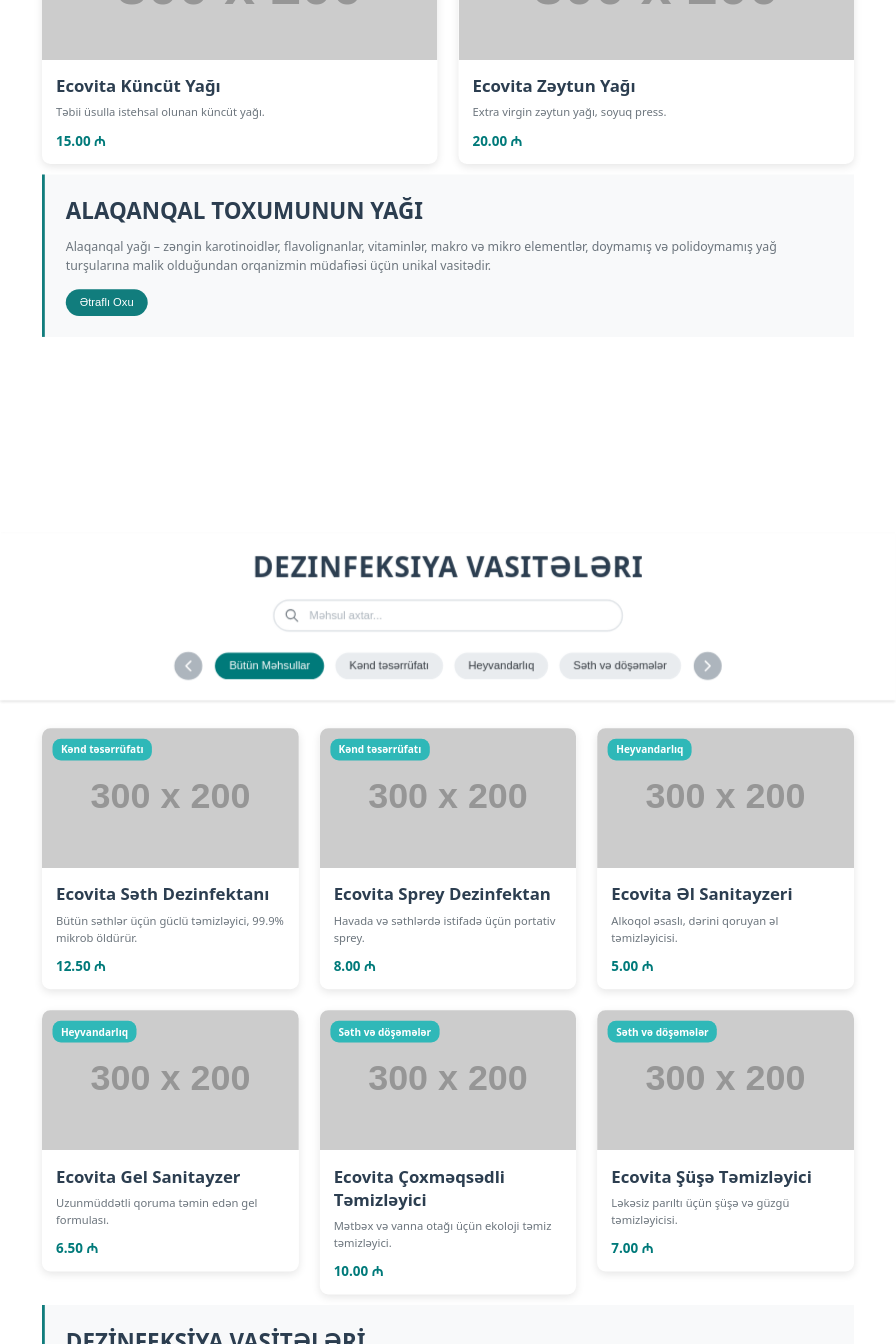
Repository: ferhadsultan98/ecovita
Page: /
An editor plug-in stored every save of this project. The page is shown before and after the next save, followed by the edit.
The browser window is 1280 px wide. The pictures show the part of the page from y = 2105 to 4025 px (the page is 4783 px tall before and 4823 px after), at 70% of full size.
The project was rebuilt for these pictures with package versions that can differ from the ones it lists, and the page was loaded fresh each time. Also part of the build but not shown: vite.config.js.

Above is the page before, as saved 2025-05-06 14:39:56.

### index.html
<!doctype html>
<html lang="en">
  <head>
    <meta charset="UTF-8" />
    <meta name="viewport" content="width=device-width, initial-scale=1.0" />
    <link rel="shortcut icon" href="./public/assets/Fotolar/Ecovita-12.png" type="image/x-icon">
    <title>Ecovita - Təbiətdən gələn sağlamlıq</title>
  </head>
  <body>
    <div id="root"></div>
    <script type="module" src="/src/main.jsx"></script>
  </body>
</html>

### src/App.jsx
import React from "react";
import "./App.scss";
import MainLayout from "./Components/Common/MainLayout";
import Home from "./Pages/Home/Home";
import MenuSection from "./Pages/MenuSection/MenuSection";

function App() {
  return (
    <div className="app-container">
      <MainLayout>
        <Home />
        <MenuSection />
      </MainLayout>
    </div>
  );
}

export default App;

### src/App.scss
* {
  margin: 0;
  padding: 0;
  box-sizing: border-box;
}

body {
  font-family: system-ui, -apple-system, BlinkMacSystemFont, "Segoe UI", Roboto,
    Oxygen, Ubuntu, Cantarell, "Open Sans", "Helvetica Neue", sans-serif;
}

### src/Components/Common/MainLayout.jsx
import React from 'react';
import Header from './Header/Header';
import Footer from './Footer/Footer';

const MainLayout = ({ children }) => {
  return (
    <>
      <Header />
      {children}
      <Footer />
    </>
  );
};

export default MainLayout;

### src/Components/Common/Header/Header.jsx
import { useState, useEffect, useRef } from "react";
import "./Header.scss";
import { motion, AnimatePresence } from "framer-motion";
import { FaSyringe, FaChevronDown } from "react-icons/fa";
import EcovitaLogo from '../../../../public/assets/Fotolar/logo.png';

const Header = () => {
  const [scrolled, setScrolled] = useState(false);
  const [isDropdownOpen, setIsDropdownOpen] = useState(false);
  const dropdownRef = useRef(null);

  useEffect(() => {
    const handleScroll = () => {
      setScrolled(window.scrollY > 20);
    };

    window.addEventListener("scroll", handleScroll);
    return () => window.removeEventListener("scroll", handleScroll);
  }, []);

  useEffect(() => {
    const handleClickOutside = (event) => {
      if (dropdownRef.current && !dropdownRef.current.contains(event.target)) {
        setIsDropdownOpen(false);
      }
    };

    document.addEventListener("mousedown", handleClickOutside);
    return () => document.removeEventListener("mousedown", handleClickOutside);
  }, []);

  const scrollToTop = () => {
    window.scrollTo({ top: 0, behavior: "smooth" });
  };

  const scrollToSection = (sectionId) => {
    const section = document.getElementById(sectionId);
    if (section) {
      section.scrollIntoView({ behavior: "smooth", block: "start" });
      setIsDropdownOpen(false);
    }
  };

  const dropdownVariants = {
    hidden: { opacity: 0, y: -10, scale: 0.95 },
    visible: { opacity: 1, y: 0, scale: 1 },
    exit: { opacity: 0, y: -10, scale: 0.95 }
  };

  return (
    <header className={`header ${scrolled ? "scrolled" : ""}`}>
      <div className="header-container">
        <a onClick={scrollToTop} className="logo">
          <img src={EcovitaLogo} alt="Ecovita_logo" />
        </a>
        <div className="products-dropdown" ref={dropdownRef}>
          <button
            className="products-button"
            onMouseEnter={() => setIsDropdownOpen(true)}
            onClick={() => setIsDropdownOpen(!isDropdownOpen)}
          >
            Məhsullar
            <span className="products-icon">
              <FaSyringe />
            </span>
            <FaChevronDown className={`chevron-icon ${isDropdownOpen ? "open" : ""}`} />
          </button>
          <AnimatePresence>
            {isDropdownOpen && (
              <motion.ul
                className="dropdown-menu"
                variants={dropdownVariants}
                initial="hidden"
                animate="visible"
                exit="exit"
                transition={{ duration: 0.2, ease: "easeInOut" }}
                onMouseLeave={() => setIsDropdownOpen(false)}
              >
                <li onClick={() => scrollToSection("cold-pressed-oils")}>
                  Soyuq press yağlar
                </li>
                <li onClick={() => scrollToSection("disinfectants")}>
                  Dezinfeksiya vasitələri
                </li>
              </motion.ul>
            )}
          </AnimatePresence>
        </div>
      </div>
    </header>
  );
};

export default Header;

### src/Pages/MenuSection/MenuSection.scss
/* MenuSection Styling with Nested SCSS */
.menu-section {
  width: 100%;
  padding: 80px 0 40px;
  position: relative;
  z-index: 10;
  margin-top: 80px; /* Space for fixed header */

  .menu-navbar-wrapper {
    position: sticky;
    top: 80px; /* Below header */
    background: rgba(255, 255, 255, 0.95);
    box-shadow: 0 2px 4px rgba(0, 0, 0, 0.1);
    backdrop-filter: blur(10px);
    z-index: 100;
    transition: all 0.3s ease;

    &.sticky {
      box-shadow: 0 4px 8px rgba(0, 0, 0, 0.15);
    }

    .container {
      max-width: 1200px;
      margin: 0 auto;
      padding: 0 20px;

      .error-message {
        color: #dc3545;
        text-align: center;
        padding: 10px;
        background: #ffe5e5;
        border-radius: 8px;
        margin-bottom: 20px;
      }

      .menu-navbar-content {
        padding: 20px 0;

        .section-title {
          font-size: 2.5rem;
          font-weight: 700;
          color: #2c3e50;
          margin: 0 0 20px;
          text-align: center;
          text-transform: uppercase;
          letter-spacing: 1px;
        }

        .menu-search {
          display: flex;
          justify-content: center;
          margin-bottom: 20px;

          .search-input-wrapper {
            position: relative;
            width: 100%;
            max-width: 500px;

            .search-icon {
              position: absolute;
              top: 50%;
              left: 15px;
              transform: translateY(-50%);
              color: #6c757d;
              font-size: 1.5rem;
            }

            .search-input {
              width: 100%;
              padding: 12px 20px 12px 50px;
              border: 2px solid #dee2e6;
              border-radius: 25px;
              font-size: 1rem;
              color: #343a40;
              transition: all 0.3s ease;

              &:focus {
                outline: none;
                border-color: #007a7a;
                box-shadow: 0 0 8px rgba(0, 123, 255, 0.3);
              }

              &::placeholder {
                color: #adb5bd;
              }
            }

            .clear-search-button {
              position: absolute;
              top: 50%;
              right: 15px;
              transform: translateY(-50%);
              background: #dc3545;
              color: white;
              border: none;
              border-radius: 50%;
              width: 24px;
              height: 24px;
              display: flex;
              align-items: center;
              justify-content: center;
              cursor: pointer;
              font-size: 1rem;
              transition: all 0.3s ease;

              &:hover {
                background: #c82333;
              }
            }
          }
        }

        .menu-filter {
          display: flex;
          justify-content: center;
          align-items: center;

          .menu-filter-container {
            display: flex;
            align-items: center;
            width: 100%;
            max-width: 1000px;
            position: relative;
            justify-content: center;

            .scroll-button {
              background: #007a7a;
              color: white;
              border: none;
              border-radius: 50%;
              width: 40px;
              height: 40px;
              display: flex;
              align-items: center;
              justify-content: center;
              cursor: pointer;
              transition: all 0.3s ease;
              margin: 0 10px;

              &:hover {
                background: #5aa5a5;
              }

              &.scroll-button-disabled {
                background: #adb5bd;
                cursor: not-allowed;
              }
            }

            .menu-filter-list {
              display: flex;
              overflow-x: auto;
              scroll-behavior: smooth;
              padding: 10px 0;
              scrollbar-width: none;

              &::-webkit-scrollbar {
                display: none;
              }

              .menu-filter-item {
                flex: 0 0 auto;
                margin: 0 8px;

                .menu-filter-button {
                  background: #e9ecef;
                  border: none;
                  border-radius: 20px;
                  padding: 10px 20px;
                  font-size: 1rem;
                  color: #343a40;
                  cursor: pointer;
                  transition: all 0.3s ease;
                  white-space: nowrap;

                  &:hover {
                    background: #dee2e6;
                  }

                  &.menu-filter-button-active {
                    background: #007a7a;
                    color: white;

                    &:hover {
                      background: #007a7ab4;
                    }
                  }
                }
              }
            }
          }
        }
      }
    }
  }

  .menu-content {
    max-width: 1200px;
    margin: 0 auto;
    padding: 40px 20px;
    display: flex;
    flex-direction: column-reverse;
    gap: 15px;

    .product-info-section {
      background: #f8f9fa;
      padding: 30px;
      margin-bottom: 40px;
      border-left: 4px solid #117d7d;

      .product-info-preview {
        h3 {
          font-size: 2rem;
          font-weight: 700;
          color: #2c3e50;
          margin-bottom: 15px;
        }

        p {
          font-size: 1.1rem;
          color: #6c757d;
          margin-bottom: 20px;
          line-height: 1.6;
        }

        .read-more-button {
          background: #117d7d;
          color: white;
          border: none;
          border-radius: 25px;
          padding: 10px 20px;
          font-size: 1rem;
          cursor: pointer;
          transition: all 0.3s ease;

          &:hover {
            background: #0c4e4e;
          }
        }
      }

      .product-info-details {
        overflow: hidden;

        p {
          font-size: 1rem;
          color: #6c757d;
          margin-bottom: 15px;
          line-height: 1.6;
        }

        ul {
          list-style: none;
          padding: 0;
          margin-bottom: 15px;

          li {
            font-size: 1rem;
            color: #6c757d;
            margin-bottom: 10px;
            position: relative;
            padding-left: 20px;

            &:before {
              content: "√";
              position: absolute;
              left: 0;
              color: #117d7d;
              font-weight: bold;
            }
          }
        }

        h4 {
          font-size: 1.4rem;
          font-weight: 600;
          color: #2c3e50;
          margin-bottom: 10px;
        }

        a {
          color: #117d7d;
          text-decoration: none;
          &:hover {
            text-decoration: underline;
          }
        }
      }
    }

    .menu-grid {
      display: grid;
      grid-template-columns: repeat(auto-fit, minmax(280px, 1fr));
      gap: 30px;

      .menu-item {
        .menu-item-card {
          background: white;
          border-radius: 12px;
          overflow: hidden;
          box-shadow: 0 4px 12px rgba(0, 0, 0, 0.1);
          transition: all 0.3s ease;

          &:hover {
            transform: translateY(-5px);
            box-shadow: 0 8px 20px rgba(0, 0, 0, 0.15);
          }

          .menu-item-image {
            position: relative;
            width: 100%;
            height: 200px;

            img {
              width: 100%;
              height: 100%;
              object-fit: cover;
            }

            .menu-item-category-badge {
              position: absolute;
              top: 15px;
              left: 15px;
              background: #2fb8b8;
              color: white;
              padding: 6px 12px;
              border-radius: 12px;
              font-size: 0.9rem;
              font-weight: 600;
            }
          }

          .menu-item-content {
            padding: 20px;

            .menu-item-title {
              font-size: 1.5rem;
              font-weight: 600;
              color: #2c3e50;
              margin: 0 0 10px;
            }

            .menu-item-description {
              font-size: 1rem;
              color: #6c757d;
              margin: 0 0 15px;
              line-height: 1.5;
            }

            .menu-item-footer {
              display: flex;
              justify-content: space-between;
              align-items: center;

              .menu-item-price {
                font-size: 1.2rem;
                font-weight: 700;
                color: #007a7a;
              }
            }
          }
        }
      }
    }

    .no-results-found {
      text-align: center;
      padding: 40px 20px;

      h3 {
        font-size: 1.8rem;
        color: #2c3e50;
        margin-bottom: 10px;
      }

      p {
        font-size: 1.1rem;
        color: #6c757d;
        margin-bottom: 20px;
      }

      .reset-filter-button {
        background: #dc3545;
        color: white;
        border: none;
        border-radius: 25px;
        padding: 12px 25px;
        font-size: 1rem;
        cursor: pointer;
        transition: all 0.3s ease;

        &:hover {
          background: #c82333;
        }
      }
    }

    .menu-load-more {
      text-align: center;
      margin-top: 40px;

      .load-more-button {
        background: #007a7a;
        color: white;
        border: none;
        border-radius: 25px;
        padding: 12px 30px;
        font-size: 1.1rem;
        cursor: pointer;
        transition: all 0.3s ease;

        &:hover {
          background: #0056b3;
        }
      }
    }
  }

  /* Responsive Design */
  @media (max-width: 768px) {
    padding: 60px 0 20px;

    .menu-navbar-wrapper {
      top: 60px;

      .container {
        .menu-navbar-content {
          .section-title {
            font-size: 2rem;
          }

          .menu-search {
            .search-input-wrapper {
              .search-input {
                padding: 10px 15px 10px 40px;
                font-size: 0.9rem;
              }

              .search-icon {
                font-size: 1.2rem;
                left: 12px;
              }
            }
          }

          .menu-filter {
            .menu-filter-container {
              .scroll-button {
                width: 35px;
                height: 35px;
              }

              .menu-filter-list {
                .menu-filter-item {
                  .menu-filter-button {
                    padding: 8px 15px;
                    font-size: 0.9rem;
                  }
                }
              }
            }
          }
        }
      }
    }

    .menu-content {
      .product-info-section {
        padding: 20px;

        .product-info-preview {
          h3 {
            font-size: 1.6rem;
          }

          p {
            font-size: 1rem;
          }

          .read-more-button {
            padding: 8px 15px;
            font-size: 0.9rem;
          }
        }

        .product-info-details {
          p, ul li {
            font-size: 0.9rem;
          }

          h4 {
            font-size: 1.2rem;
          }
        }
      }

      .menu-grid {
        grid-template-columns: repeat(auto-fit, minmax(250px, 1fr));
        gap: 20px;

        .menu-item {
          .menu-item-card {
            .menu-item-image {
              height: 180px;
            }

            .menu-item-content {
              .menu-item-title {
                font-size: 1.3rem;
              }

              .menu-item-description {
                font-size: 0.9rem;
              }
            }
          }
        }
      }
    }
  }

  @media (max-width: 480px) {
    padding: 40px 0 20px;

    .menu-navbar-wrapper {
      top: 50px;

      .container {
        .menu-navbar-content {
          .section-title {
            font-size: 1.8rem;
          }

          .menu-search {
            .search-input-wrapper {
              .search-input {
                padding: 8px 12px 8px 35px;
                font-size: 0.85rem;
              }

              .search-icon {
                font-size: 1.1rem;
                left: 10px;
              }
            }
          }

          .menu-filter {
            .menu-filter-container {
              .scroll-button {
                width: 30px;
                height: 30px;
              }

              .menu-filter-list {
                .menu-filter-item {
                  .menu-filter-button {
                    padding: 6px 12px;
                    font-size: 0.85rem;
                  }
                }
              }
            }
          }
        }
      }
    }

    .menu-content {
      .product-info-section {
        padding: 15px;

        .product-info-preview {
          h3 {
            font-size: 1.4rem;
          }

          p {
            font-size: 0.9rem;
          }

          .read-more-button {
            padding: 6px 12px;
            font-size: 0.85rem;
          }
        }

        .product-info-details {
          p, ul li {
            font-size: 0.85rem;
          }

          h4 {
            font-size: 1.1rem;
          }
        }
      }

      .menu-grid {
        grid-template-columns: 1fr;
        gap: 15px;

        .menu-item {
          .menu-item-card {
            .menu-item-image {
              height: 160px;
            }

            .menu-item-content {
              .menu-item-title {
                font-size: 1.2rem;
              }

              .menu-item-description {
                font-size: 0.85rem;
              }
            }
          }
        }
      }
    }
  }
}

### src/Components/Common/Header/Header.scss
$primary-color: #008080; // Teal for health and cleanliness
$secondary-color: #ffffff;
$accent-color: #f5f6f5; // Light gray for clean aesthetic
$text-color: #333333;
$scroll-bg: #ffffff;

.header {
  position: fixed;
  top: 0;
  left: 0;
  width: 100%;
  background: transparent;
  transition: all 0.3s ease;
  z-index: 1000;
  padding: 1rem 0;

  &.scrolled {
    background: $scroll-bg;
    padding: 0.8rem 0;
  }

  .header-container {
    max-width: 1200px;
    margin: 0 auto;
    display: flex;
    align-items: center;

    justify-content: space-between;
    gap: 1rem;
  }

  .logo {
    display: flex;
    align-items: center;
    cursor: pointer;
    text-decoration: none;
    max-height: 80px;

    img {
      height: 100%;
    }
  }

  .products-dropdown {
    position: relative;

    .products-button {
      display: flex;
      align-items: center;
      gap: 0.5rem;
      background: $primary-color;
      color: $secondary-color;
      border: none;
      padding: 0.5rem 1rem;
      border-radius: 5px;
      font-size: 1rem;
      font-weight: 500;
      cursor: pointer;
      transition: background 0.3s ease;

      &:hover {
        background: darken($primary-color, 10%);
      }

      .products-icon {
        font-size: 1.2rem;
      }

      .chevron-icon {
        font-size: 0.8rem;
        transition: transform 0.2s ease;

        &.open {
          transform: rotate(180deg);
        }
      }
    }

    .dropdown-menu {
      position: absolute;
      top: 100%;
      right: 0;
      background: $secondary-color;
      border: 1px solid $accent-color;
      border-radius: 5px;
      margin-top: 0.5rem;
      min-width: 200px;
      box-shadow: 0 4px 8px rgba(0, 0, 0, 0.1);
      list-style: none;
      padding: 0;
      z-index: 3000;

      li {
        padding: 0.75rem 1rem;
        cursor: pointer;
        color: $text-color;
        font-size: 0.9rem;
        transition: background 0.2s ease;

        &:hover {
          background: $accent-color;
        }
      }
    }
  }

  // Responsive design
  @media (max-width: 768px) {
    padding: 1rem 0;

    &.scrolled {
      padding: 0.75rem 0;
    }

    .header-container {
      padding: 0 1rem;
    }

    .products-button {
      font-size: 14px !important;
      padding: 5px !important;

      .products-icon {
        font-size: 12px !important;
      }

      .chevron-icon {
        font-size: 0.7rem;
      }
    }

    .dropdown-menu {
      min-width: 160px;

      li {
        font-size: 0.8rem;
        padding: 0.5rem 0.75rem;
      }
    }
  }

  @media (max-width: 480px) {
    .logo {
      img {
        width: 120px;
      }
    }

    .header-container {
      align-items: center;
      gap: 0.5rem;
    }

    .products-button {
      font-size: 0.8rem;
      padding: 5px;

      .products-icon {
        font-size: 12px;
      }

      .chevron-icon {
        font-size: 0.6rem;
      }
    }

    .dropdown-menu {
      min-width: 140px;
      margin-top: 0.3rem;

      li {
        font-size: 0.75rem;
        padding: 0.4rem 0.6rem;
      }
    }
  }
}

Loaded but not shown: src/main.jsx (common file); src/Pages/MenuSection/MenuSection.jsx (629 lines, source omitted); src/Pages/Home/Home.scss (390 lines, source omitted); src/Pages/Home/Home.jsx (173 lines, source omitted); src/Components/Common/Footer/Footer.scss (300 lines, source omitted); src/Components/Common/Footer/Footer.jsx (142 lines, source omitted); src/index.css (no stored copy; drawn as an empty file)

After the next save:
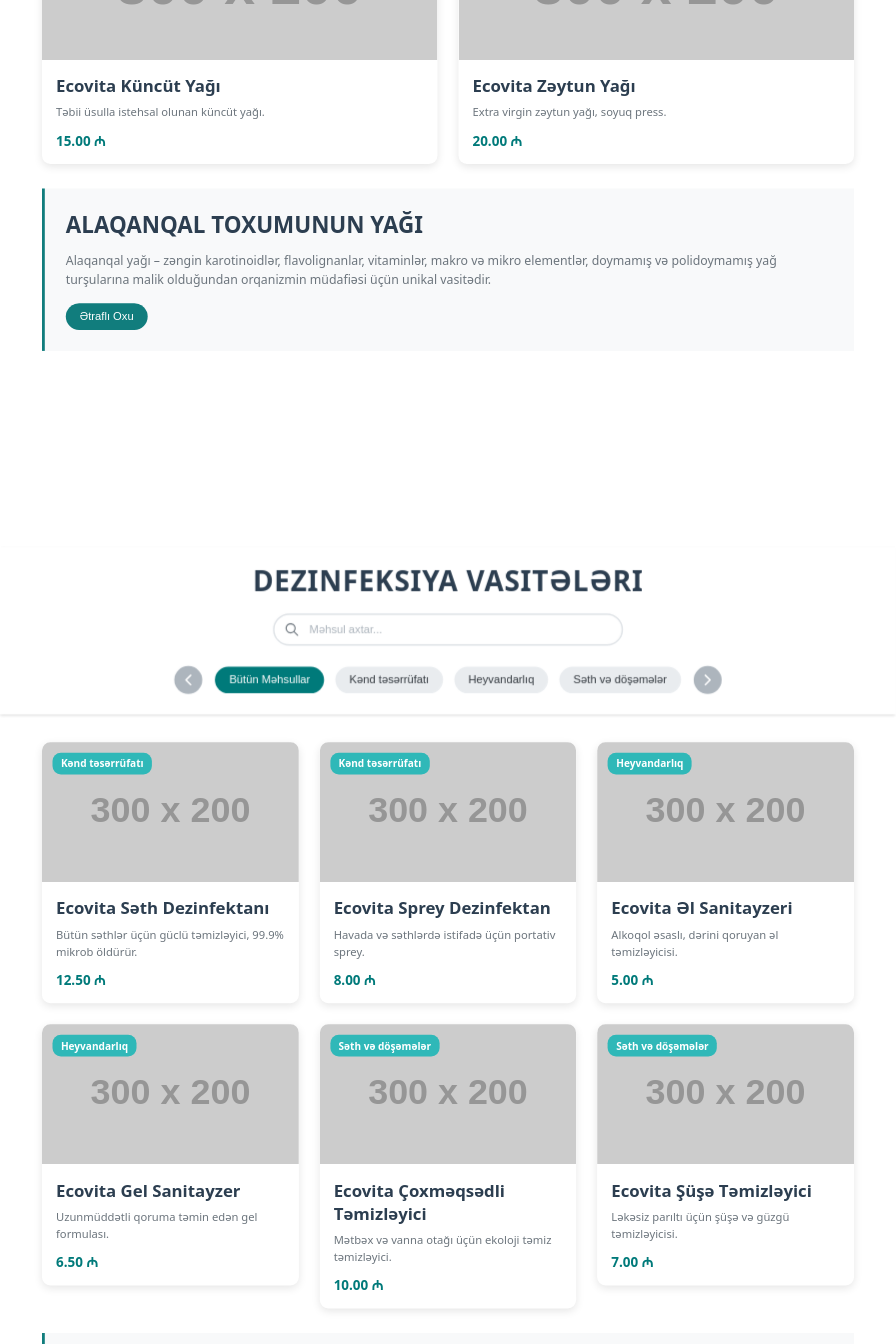
Saved 6 min 24 s later.
--- a/src/Pages/MenuSection/MenuSection.scss
+++ b/src/Pages/MenuSection/MenuSection.scss
@@ -200,7 +200,7 @@
     padding: 40px 20px;
     display: flex;
     flex-direction: column-reverse;
-    gap: 15px;
+    gap: 35px;
 
     .product-info-section {
       background: #f8f9fa;
